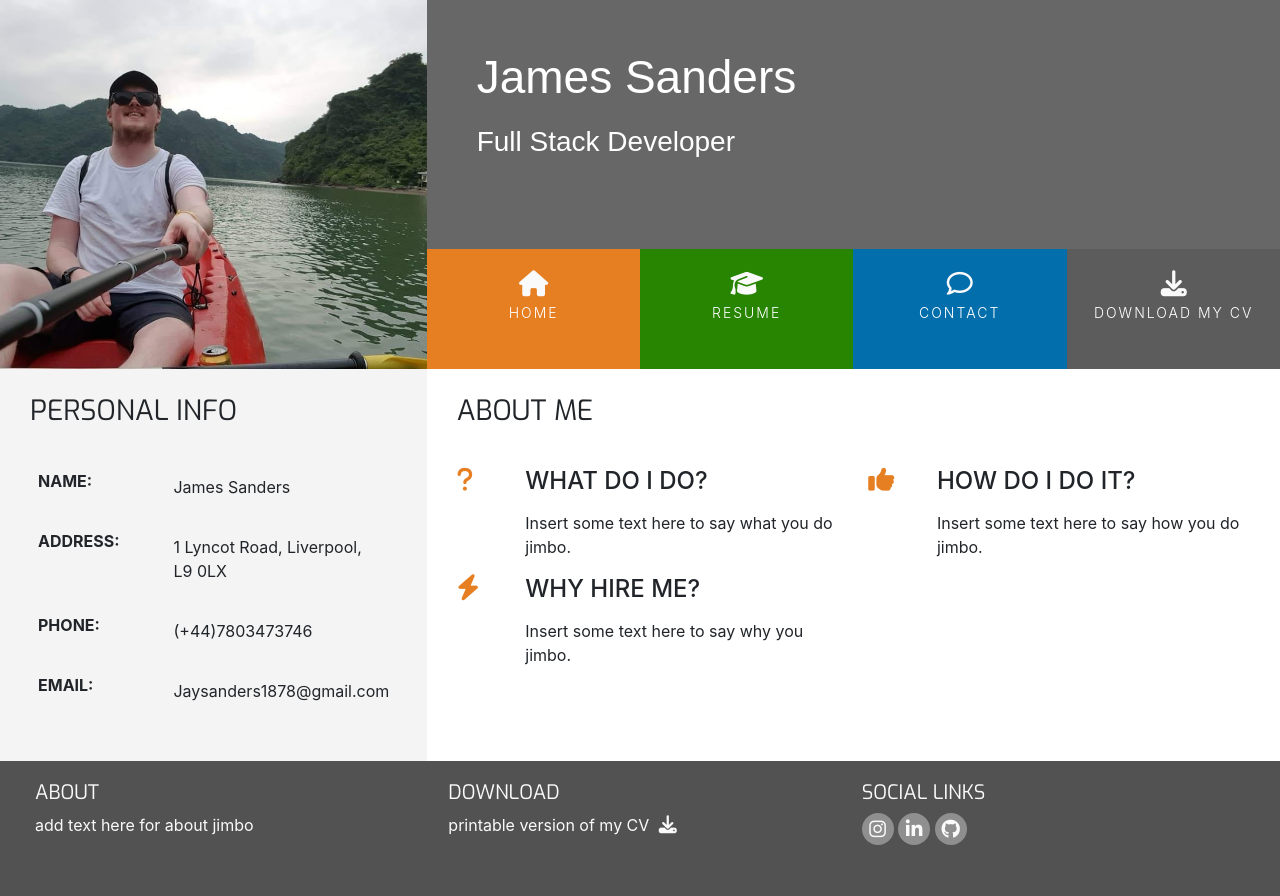
Repository: JaySanders95/my-online-resume
Page: resume.html
The author's editor kept a copy of each file at every save. The page is drawn from the files as they stood at one save, then again after the next save.
The browser window is 1280 px wide. The pictures show the whole page.
Some web fonts or font styles are not loaded; a fallback is used. Some web libraries are served in a nearby version.

Above is the page before, as saved 2023-04-19 21:35:16.

### resume.html
<!DOCTYPE html>
<html lang="en">
<head>
    <meta charset="UTF-8">
    <meta http-equiv="X-UA-Compatible" content="IE=edge">
    <meta name="viewport" content="width=device-width, initial-scale=1.0">
    <link rel="stylesheet" href="https://cdn.jsdelivr.net/npm/@fortawesome/fontawesome-free@6.2.1/css/fontawesome.min.css" integrity="sha384-QYIZto+st3yW+o8+5OHfT6S482Zsvz2WfOzpFSXMF9zqeLcFV0/wlZpMtyFcZALm" crossorigin="anonymous">
    <link rel="stylesheet" href="https://cdn.jsdelivr.net/npm/bootstrap@4.6.2/dist/css/bootstrap.min.css" integrity="sha384-xOolHFLEh07PJGoPkLv1IbcEPTNtaed2xpHsD9ESMhqIYd0nLMwNLD69Npy4HI+N" crossorigin="anonymous">
    <link rel="stylesheet" href="assets/css/style.css">
    <link rel="stylesheet" href="https://cdnjs.cloudflare.com/ajax/libs/hover.css/2.3.1/css/hover-min.css" integrity="sha512-csw0Ma4oXCAgd/d4nTcpoEoz4nYvvnk21a8VA2h2dzhPAvjbUIK6V3si7/g/HehwdunqqW18RwCJKpD7rL67Xg==" crossorigin="anonymous" referrerpolicy="no-referrer" />
    <title>James Sanders' Resume</title>
</head>
<body>
    <header>
        <div class="row no-gutters">
            <a href="index.html" class="col-md-4 logo">

            </a>
            <div class="col-md-8">
                <div class="row bg-color-name-title no-gutters">
                    <div class="col heading">
                        <h1 class="name">James Sanders</h1>
                        <h2 class="title">Full Stack Developer</h2>

                    </div>
                </div>
                <div class="row no-gutters">
                    <div class="col">
                        <ul id="nav" class="list-inline menucontainer">
                            <li class="col-6 col-sm-3 ui-menu-color-home list-inline-item menuitem">
                                <a href="#" class="hvr-bounce-to-bottom"><i class="fa fa-home" aria-hidden="true"></i><span>Home</span></a>
                            </li>
                            <li class="col-6 col-sm-3 ui-menu-color-resume list-inline-item menuitem">
                                <a href="#" class="hvr-bounce-to-bottom"><i class="fa fa-graduation-cap" aria-hidden="true"></i><span>Resume</span></a>
                            </li>
                            <li class="col-6 col-sm-3 ui-menu-color-contact list-inline-item menuitem">
                                <a href="#" class="hvr-bounce-to-bottom"><i class="fa fa-comment-o" aria-hidden="true"></i><span>Contact</span></a>
                            </li>
                            <li class="col-6 col-sm-3 ui-menu-color-download list-inline-item menuitem">
                                <a href="#" class="hvr-bounce-to-bottom"><i class="fa fa-download" aria-hidden="true"></i><span>Download my CV</span></a>
                            </li>
                        </ul>
                    </div>
                </div>
            </div>
        </div>
    </header>
    <section class="container-fluid">
        <div class="row">
            <div class="col-md-4 bg-color-personal-info section-column">
                <div class="row">
                    <div class="col-12">
                        <h3 class="section-heading uppercase">
                            Personal Info
                        </h3>
                    </div>
                </div>
                <div class="personal-info-item">
                    <div class="key">
                        <p class="uppercase">
                            Name:
                        </p>
                    </div>
                    <div class="value">
                        <p>
                            James Sanders
                        </p>
                    </div>
                </div>
                <div class="personal-info-item">
                    <div class="key">
                        <p class="uppercase">
                            Address:
                        </p>
                    </div>
                    <div class="value">
                        <p>
                            1 Lyncot Road, Liverpool, L9 0LX
                        </p>
                    </div>
                </div>
                <div class="personal-info-item">
                    <div class="key">
                        <p class="uppercase">
                            Phone:
                        </p>
                    </div>
                    <div class="value">
                        <p>
                            (+44)7803473746
                        </p>
                    </div>
                </div>
                <div class="personal-info-item">
                    <div class="key">
                        <p class="uppercase">
                            Email:
                        </p>
                    </div>
                    <div class="value">
                        <p>
                            Jaysanders1878@gmail.com
                        </p>
                    </div>
                </div>
            </div>
            <div class="col-md-8 bg-color-three-reasons section-column">
                <div class="row">
                    <div class="col">
                        <h3 class="section-heading uppercase">About Me</h3>
                    </div>
                </div>
                <div class="row">
                    <div class="col-10 offset-1 offset-sm-0 col-sm-4 col-md-6">
                        <div class="row">
                            <div class="col-2">
                                <i class="three-reasons-icon fa fa-question" aria-hidden="true"></i>
                            </div>
                            <div class="col-10">
                                <h4 class="three-reasons-heading uppercase">What do i do?</h4>
                                <p>
                                    Insert some text here to say what you do jimbo.
                                </p>
                            </div>
                        </div>
                    </div>
                    <div class="col-10 offset-1 offset-sm-0 col-sm-4 col-md-6">
                        <div class="row">
                            <div class="col-2">
                                <i class="three-reasons-icon fa fa-thumbs-up" aria-hidden="true"></i>
                            </div>
                            <div class="col-10">
                                <h4 class="three-reasons-heading uppercase">How do I do it?</h4>
                                <p>
                                    Insert some text here to say how you do jimbo.
                                </p>
                            </div>
                        </div>
                    </div>
                    <div class="col-10 offset-1 offset-sm-0 col-sm-4 col-md-6">
                        <div class="row">
                            <div class="col-2">
                                <i class="three-reasons-icon fa fa-bolt" aria-hidden="true"></i>
                            </div>
                            <div class="col-10">
                                <h4 class="three-reasons-heading uppercase">Why hire me?</h4>
                                <p>
                                    Insert some text here to say why you jimbo.
                                </p>
                            </div>
                        </div>
                    </div>
                </div>
            </div>
        </div>

    </section>
    <footer class="container-fluid">
        <div id="footer-details" class="row">
            <div class="col-sm-4">
                <h5 class="uppercase general-sub">About</h5>
                <p class="inline-block"> add text here for about jimbo</p>
            </div>
            <div class="col-sm-4">
                <h5 class="uppercase general-sub">Download</h5>
                <p class="inline-block"> printable version of my CV</p>
                <a href="#" target="_blank" class="cv-pdf">
                    <i class="fa fa-download" aria-hidden="true"></i>
                    <span class="sr-only">Download link.</span>
                </a>
            </div>
            <div class="col-sm-4">
                <h5 class="uppercase general-sub">Social links</h5>
                <ul class="list-inline social-links">
                    <li class="list-inline-item">
                        <a target="_blank" href="#">
                            <i class="fa fa-instagram"></i>
                            <span class="sr-only">Instagram</span>
                        </a>
                    </li>
                    <li class="list-inline-item">
                        <a target="_blank" href="#">
                            <i class="fa fa-linkedin"></i>
                            <span class="sr-only">LinkedIn</span>
                        </a>
                    </li>
                    <li class="list-inline-item">
                        <a target="_blank" href="#">
                            <i class="fa-brands fa-github"></i>
                            <span class="sr-only">GitHub</span>

                        </a>
                    </li>
                </ul>
            </div>
        </div>

    </footer>
    <script src="https://kit.fontawesome.com/c80cd6a143.js" crossorigin="anonymous"></script>
</body>
</html>

### assets/css/style.css
@import url('https://fonts.googleapis.com/css2?family=Anuphan:100,200,300,400,500,600,700wght@300&family=Exo:100,200,300,400,500,600,700ital,wght@1,300&display=swap');


/* ------- Colours ---------*/

.bg-color-name-title {
    background-color:#676767;
}

.bg-color-three-reasons {
    background-color: #fff;
}

.bg-color-personal-info {
    background-color:#f4f4f4;
}

.ui-menu-color-home {
    background-color: #e67e22;
}

.ui-menu-color-resume {
    background-color: #278502;
}

.ui-menu-color-contact {
    background-color: #036eac;
}

.ui-menu-color-download {
    background-color: #5c5c5c;
}

/* ------- Special paddings/margins/text ---------*/

h1,h2,h3,h4 {
    margin: 0;
}

.uppercase {
    text-transform: uppercase;
}

.general-sub {
    font-family: 'Exo', sans-serif;
    font-weight: 300;
    color: #fafafa;
}

.inline-block {
    display: inline-block;
}

.row-table {
    display: table;

}
.section-column {
    display: table-cell;
    padding: 0 30px 30px;
    float: none;
}

.section-heading {
    font-family: 'Exo', sans-serif;
    font-weight: 300;
    margin-top: 25px;
    margin-bottom: 40px;
}

/* ------- Headers ---------*/
header {
    margin: 0;
}

.heading {
    margin-left: 50px;
}

.logo {
    background: url(../images/me.png);
    background-position: center;
    background-repeat: no-repeat;
    background-size: cover;
    min-height: 360px;
    transition: all .5s ease-in-out;
    -moz-transition: all .5s ease-in-out;
    -webkit-transition: all .5s ease-in-out;
}

.name {
    font-family: 'Anuphan', sans-serif;
    font-weight: 100;
    font-size: 46px;
    margin-top: 50px;
    color: #fff;
}

.title {
    font-family: 'Anuphan', sans-serif;
    font-weight: 200;
    font-size: 28px;
    margin-top: 20px;
    margin-bottom: 90px;
    color: #fff;
}

.list-inline-item:not(:last-child) {
    margin: 0;
}

.menucontainer {
    font-size: 0;
}

#nav li {
    font-size: 14px;
    padding: 0;
}

#nav {
    margin: 0;
}

.menuitem {
    height: 120px;
    text-align: center;
    padding: 0;

}

.menuitem a {
    width: 100%;
    text-decoration: none;
    color: #fff;
    height: 120px;
}

.menuitem a i {
    display: block;
    padding-top: 22px;
    color: #fafafa;
    font-size: 26px;
}

.menuitem span {
    display: block;
    width: 100%;
    padding-top: 5px;
    text-align: center;
    text-transform: uppercase;
    font-size: 14px;
    font-weight: 300;
    letter-spacing: 2px;
}

/* ------- Hover.css ---------*/

.hvr-bounce-to-bottom:before {
    background: rgba(0, 0, 0, 0.3) !important;
    height: 120px;

}

/* ------- Footer ---------*/

footer {
    background-color: #525252;
    color: #fafafa;
    min-height: 120px;
}

.cv-pdf i {
    font-size: 18px;
    color: #fafafa;
    text-align: center;
    padding-left: 5px;
    transition: all 0.35s ease-in-out;
    -moz-transition: all 0.35s ease-in-out;
    -webkit-transition: all 0.35s ease-in-out;
    -o-transition: all 0.35s ease-in-out;
}

.cv-pdf i:hover {
    color: #e84610;
}

.social-links {
    padding-bottom: 15px;
}

.social-links li a i {
    width: 32px;
    height: 32px;
    padding: 7px 0;
    border-radius: 50%;
    font-size: 19px;
    text-align: center;
    color: #fafafa;
    background: #8f8f8f;
    transition: all 0.35s ease-in-out;
    -moz-transition: all 0.35s ease-in-out;
    -webkit-transition: all 0.35s ease-in-out;
    -o-transition: all 0.35s ease-in-out;
}

.social-links li a i:hover {
    background-color: #e84610;
}

#footer-details {
    padding: 20px;
}

/* ------- 3 Reasons ---------*/

.three-reasons-icon {
    font-size: 26px;
    color: #e67e22;
}

.three-reasons-heading {
    margin-bottom: 15px;
}

/* ------- Personal Info ---------*/

.personal-info-item {
    margin-bottom: 20px;
    display: block;
    clear: both;
}

.personal-info-item .key,
.personal-info-item .value {
    padding: 8px;
    display: inline-block;

}

.personal-info-item .key p,
.personal-info-item .value p {
    margin: 0;
}

.personal-info-item .key {
    width: 30%;
    margin-right: 21px;
    padding-top: 2px;
    vertical-align: top;
}

.personal-info-item .key p {
    font-weight: 700;


}

.personal-info-item .value {
    position: relative;
    width: 60%;

}

After the next save:
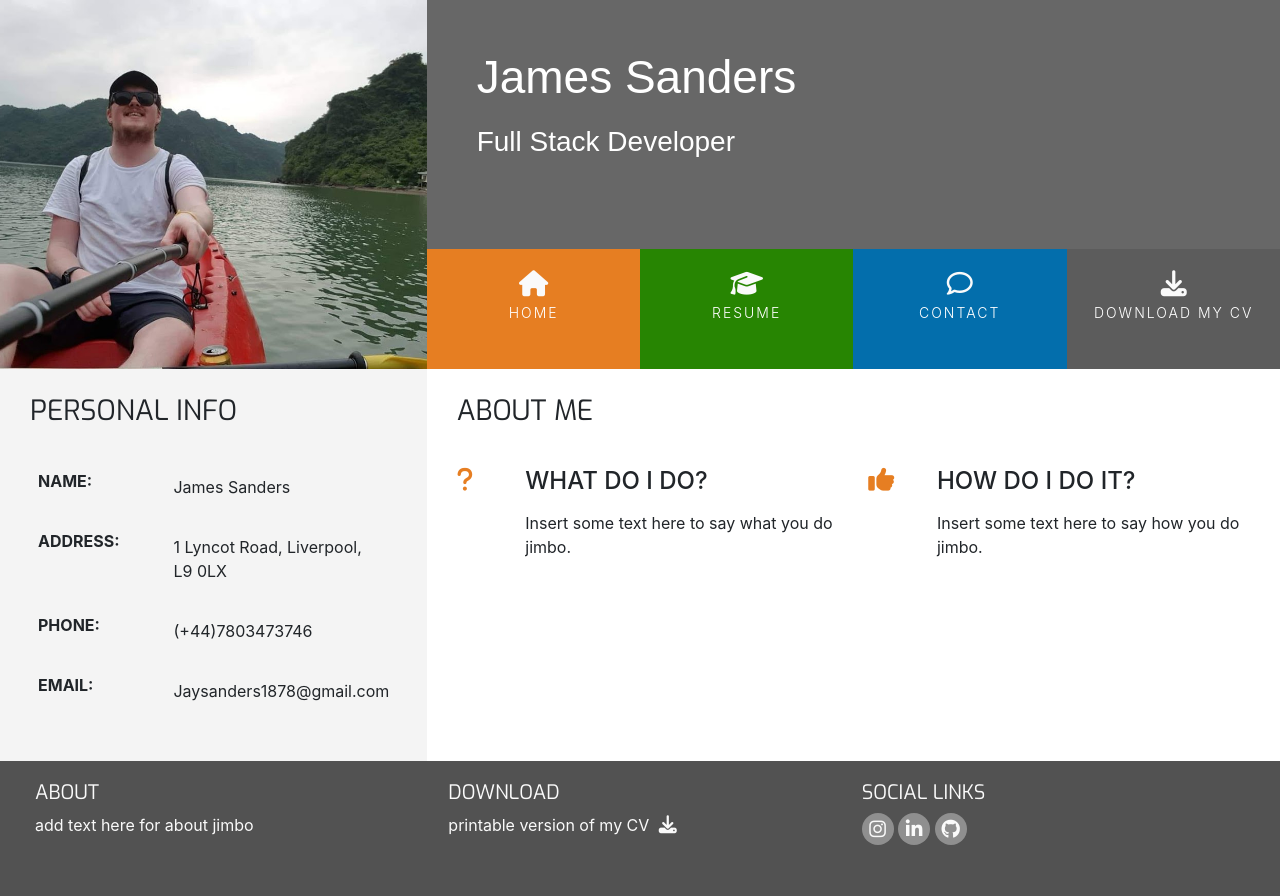
Saved 95 s later.
--- a/resume.html
+++ b/resume.html
@@ -137,19 +137,7 @@
                             </div>
                         </div>
                     </div>
-                    <div class="col-10 offset-1 offset-sm-0 col-sm-4 col-md-6">
-                        <div class="row">
-                            <div class="col-2">
-                                <i class="three-reasons-icon fa fa-bolt" aria-hidden="true"></i>
-                            </div>
-                            <div class="col-10">
-                                <h4 class="three-reasons-heading uppercase">Why hire me?</h4>
-                                <p>
-                                    Insert some text here to say why you jimbo.
-                                </p>
-                            </div>
-                        </div>
-                    </div>
+
                 </div>
             </div>
         </div>
